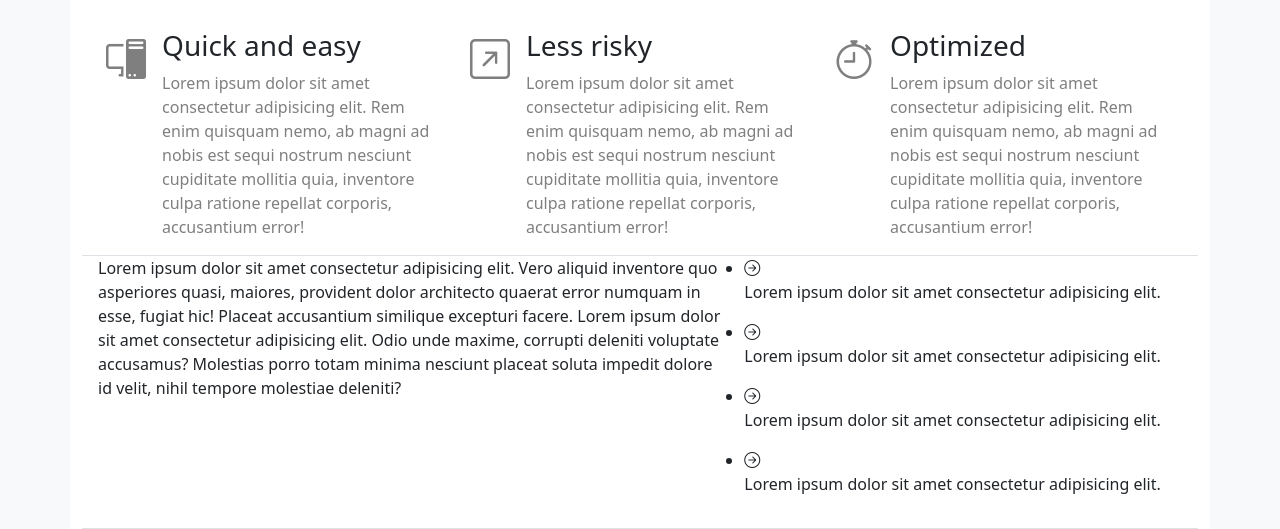
Repository: lyvandat/dh---bootstrap1
Page: index.html
These files come from the project's save history. The page is drawn as it stood at one moment and after the next save; the edit follows.
The browser window is 1280 px wide. The pictures show the part of the page from y = 545 to 1122 px (the page is 1074 px tall before and 1122 px after).
A picture or video elsewhere on the page could not be fetched, so the positions and the page height are approximate. Some web libraries are served in a nearby version.

Above is the page before, as saved 2022-11-01 20:57:07.

### index.html
<!DOCTYPE html>
<html lang="en">
  <head>
    <!-- Required meta tags -->
    <meta charset="utf-8" />
    <meta name="viewport" content="width=device-width, initial-scale=1" />

    <!-- Bootstrap CSS -->
    <link
      href="https://cdn.jsdelivr.net/npm/bootstrap@5.0.2/dist/css/bootstrap.min.css"
      rel="stylesheet"
      integrity="sha384-EVSTQN3/azprG1Anm3QDgpJLIm9Nao0Yz1ztcQTwFspd3yD65VohhpuuCOmLASjC"
      crossorigin="anonymous"
    />
    <link
      rel="stylesheet"
      href="https://cdn.jsdelivr.net/npm/bootstrap-icons@1.9.1/font/bootstrap-icons.css"
    />
    <link rel="stylesheet" href="./default.css">
    <title>Hello, world!</title>
  </head>
  <body class="bg-light">
    <div class="container bg-white">
      <section
        class="container align-items-center bg-white border-bottom border-gray py-4"
      >
        <div class="row px-0">
          <div class="col-2 d-inline-flex">
            <i class="bi bi-activity fs-3"></i>
            <h2>Target</h2>
          </div>
          <div class="col-6 d-flex align-items-center">
            <div class="text-gray font-style-italic text-black-50">
              Premium landing page templates
            </div>
          </div>
          <div class="col-3 d-flex align-items-center">
            <h3 class="fs-5">Call Now!: 1-800-123-456</h3>
          </div>
        </div>
      </section>

      <!-- intro -->
      <div class="border-bottom border-gray">
      <section class="px-3 row mt-5 d-flex align-items-stretch border-bottom border-gray pb-5">
        <div class="col-6 d-flex flex-column justify-content-between">
          <h2>The perfect way to convert your traffic into sales</h2>
          <article class="text-black-50">
            Lorem ipsum dolor sit amet consectetur adipisicing elit. Incidunt
            voluptatibus non itaque, ut aperiam necessitatibus rem impedit
            cupiditate. Eius perferendis ipsam impedit deserunt repellat
            reiciendis, error ducimus eum ratione iusto.
            <br></br>
            cupiditate. Eius perferendis ipsam impedit deserunt repellat
            reiciendis, error ducimus eum ratione iusto.
          </article>
          <div class="d-flex justify-content-center align-items-center mt-4">
            <button
              class="btn rounded-pill bg-warning bg-gradient border border-black fs-3"
            >
              Purchase now
            </button>
            <span class="d-block mx-4 fw-bold fs-6">Or</span>
            <button
              class="btn rounded-pill bg-light bg-gradient border border-black fs-3"
            >
              Take a tour
            </button>
          </div>
        </div>
        <div class="col-6">
          <img
            class="mw-100 img"
            src="https://images.unsplash.com/photo-1448375240586-882707db888b?ixlib=rb-4.0.3&ixid=MnwxMjA3fDB8MHxwaG90by1wYWdlfHx8fGVufDB8fHx8&auto=format&fit=crop&w=1170&q=80"
          />
        </div>
      </section>
    </div>

      <div class="border-bottom border-gray">
      <section class="px-4 row text-black-50 mt-5">
        <div class="col-4 d-flex align-items-start">
          <i class="bi bi-pc-display fs-1"></i>
          <div class="ms-3">
            <h3 class="text-dark">Quick and easy</h3>
            <p class="fw-medium">Lorem ipsum dolor sit amet consectetur adipisicing elit. Rem enim quisquam nemo, ab magni ad nobis est sequi nostrum nesciunt cupiditate mollitia quia, inventore culpa ratione repellat corporis, accusantium error!</p>
          </div>
        </div>
        <div class="col-4 d-flex align-items-start">
          <i class="bi bi-arrow-up-right-square fs-1"></i>
          <div class="ms-3">
            <h3 class="text-dark">Less risky</h3>
            <p class="fw-medium">Lorem ipsum dolor sit amet consectetur adipisicing elit. Rem enim quisquam nemo, ab magni ad nobis est sequi nostrum nesciunt cupiditate mollitia quia, inventore culpa ratione repellat corporis, accusantium error!</p>
          </div>
        </div>
        <div class="col-4 d-flex align-items-start ">
          <i class="bi bi-stopwatch fs-1"></i>
          <div class="ms-3">
            <h3 class="text-dark">Optimized</h3>
            <p class="fw-medium">Lorem ipsum dolor sit amet consectetur adipisicing elit. Rem enim quisquam nemo, ab magni ad nobis est sequi nostrum nesciunt cupiditate mollitia quia, inventore culpa ratione repellat corporis, accusantium error!</p>
          </div>
        </div>
      </section>
    </div>
    <div class="border-bottom border-gray">
      <section class="row px-3">
        <div class="col-7">Lorem ipsum dolor sit amet consectetur adipisicing elit. Vero aliquid inventore quo asperiores quasi, maiores, provident dolor architecto quaerat error numquam in esse, fugiat hic! Placeat accusantium similique excepturi facere. Lorem ipsum dolor sit amet consectetur adipisicing elit. Odio unde maxime, corrupti deleniti voluptate accusamus? Molestias porro totam minima nesciunt placeat soluta impedit dolore id velit, nihil tempore molestiae deleniti?</div>
        <ul class="col-5">
          <li>
            <i class="bi bi-arrow-right-circle"></i>
            <p>Lorem ipsum dolor sit amet consectetur adipisicing elit.</p>
          </li>
          <li>
            <i class="bi bi-arrow-right-circle"></i>
            <p>Lorem ipsum dolor sit amet consectetur adipisicing elit.</p>
          </li>
          <li>
            <i class="bi bi-arrow-right-circle"></i>
            <p>Lorem ipsum dolor sit amet consectetur adipisicing elit.</p>
          </li>
          <li>
            <i class="bi bi-arrow-right-circle"></i>
            <p>Lorem ipsum dolor sit amet consectetur adipisicing elit.</p>
          </li>
        </ul>
      </section>
    </div>
    </div>



    <!-- Option 1: Bootstrap Bundle with Popper -->
    <script
      src="https://cdn.jsdelivr.net/npm/bootstrap@5.0.2/dist/js/bootstrap.bundle.min.js"
      integrity="sha384-MrcW6ZMFYlzcLA8Nl+NtUVF0sA7MsXsP1UyJoMp4YLEuNSfAP+JcXn/tWtIaxVXM"
      crossorigin="anonymous"
    ></script>
  </body>
</html>

Loaded but not shown: default.css (empty)

After the next save:
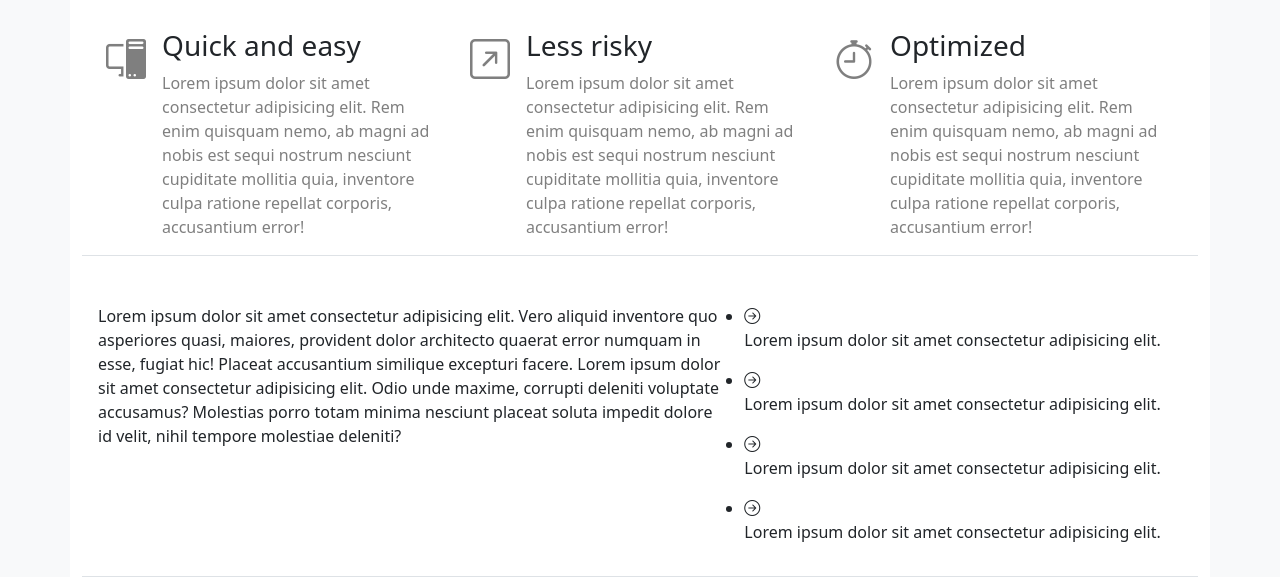
Saved 12 s later.
--- a/index.html
+++ b/index.html
@@ -102,8 +102,8 @@
         </div>
       </section>
     </div>
-    <div class="border-bottom border-gray">
-      <section class="row px-3">
+    <div class="border-bottom border-gray mt-5">
+      <section class="row px-3 ">
         <div class="col-7">Lorem ipsum dolor sit amet consectetur adipisicing elit. Vero aliquid inventore quo asperiores quasi, maiores, provident dolor architecto quaerat error numquam in esse, fugiat hic! Placeat accusantium similique excepturi facere. Lorem ipsum dolor sit amet consectetur adipisicing elit. Odio unde maxime, corrupti deleniti voluptate accusamus? Molestias porro totam minima nesciunt placeat soluta impedit dolore id velit, nihil tempore molestiae deleniti?</div>
         <ul class="col-5">
           <li>
